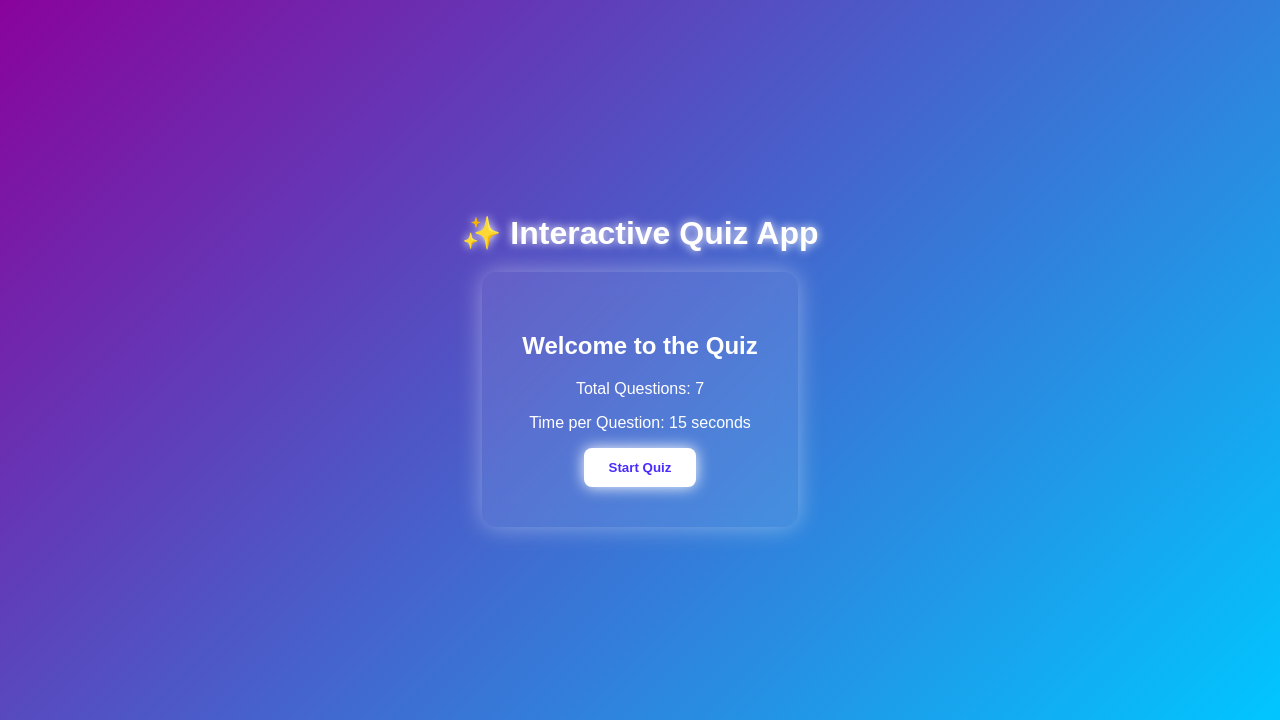
Repository: fatimaqueen9967-eng/SyntacexhubQuizApp
Page: index.html
The author's editor kept a copy of each file at every save. The page is drawn from the files as they stood at one save, then again after the next save.
The browser window is 1280 px wide. The pictures show the whole page.

Above is the page before, as saved 2026-03-15 20:30:42.

### index.html
<!DOCTYPE html>
<html lang="en">
<head>
<meta charset="UTF-8">
<meta name="viewport" content="width=device-width, initial-scale=1.0">
<title>Quiz App</title>
<link rel="stylesheet" href="style.css">
</head>

<body>

<h1 class="title">✨ Interactive Quiz App</h1>

<!-- START SCREEN -->

<div id="startScreen" class="start-screen">

<h2>Welcome to the Quiz</h2>

<p>Total Questions: <span id="totalQ"></span></p>
<p>Time per Question: 15 seconds</p>

<button id="startBtn">Start Quiz</button>

</div>

<!-- QUIZ BOX -->

<div class="box hidden">

<div class="progress-bar">
<div id="progress"></div>
</div>

<div class="top-bar">
<span id="counter"></span>
<span id="timer">⏱ 15s</span>
</div>

<div id="question"></div>

<div id="options" class="options"></div>

<div id="answer-info"></div>

<button id="nextBtn">Next</button>

</div>

<!-- RESULT -->

<div id="result" class="result-box hidden">

<div class="circle">
<span id="scorePercent">0%</span>
</div>

<h2>Quiz Result</h2>

<p id="correct"></p>
<p id="wrong"></p>

<button onclick="location.reload()">Restart Quiz</button>

</div>

<script src="script.js"></script>

</body>
</html>

### style.css
body{
background:linear-gradient(135deg,#89039b,#00c6ff);
font-family:Arial;
display:flex;
flex-direction:column;
align-items:center;
justify-content:center;
min-height:100vh;
margin:0;
color:white;
}

/* TITLE */

.title{
margin-bottom:20px;
text-shadow:0 0 10px white;
}

/* START SCREEN */

.start-screen{
background:rgba(255,255,255,0.1);
padding:40px;
border-radius:15px;
text-align:center;
box-shadow:0 0 25px rgba(255,255,255,0.4);
backdrop-filter:blur(10px);
animation:fadeIn 1s;
}

.start-screen button{
padding:12px 25px;
border:none;
border-radius:8px;
background:#fff;
color:#4b2cff;
font-weight:bold;
cursor:pointer;
box-shadow:0 0 15px white;
transition:.3s;
}

.start-screen button:hover{
transform:scale(1.1);
}

/* QUIZ BOX */

.box{
background:white;
color:#333;
width:420px;
max-width:90%;
padding:25px;
border-radius:12px;
box-shadow:0 0 25px rgba(0,0,0,0.3);
animation:fadeIn .5s;
}

.hidden{
display:none;
}

/* PROGRESS BAR */

.progress-bar{
width:100%;
height:8px;
background:#ddd;
border-radius:10px;
overflow:hidden;
margin-bottom:15px;
}

#progress{
height:100%;
width:0%;
background:linear-gradient(90deg,#4b2cff,#00c6ff);
transition:width .4s;
}

/* TOP BAR */

.top-bar{
display:flex;
justify-content:space-between;
margin-bottom:10px;
font-weight:bold;
}

/* QUESTION */

#question{
font-size:18px;
margin-bottom:15px;
}

/* OPTIONS */

.options button{
display:block;
width:100%;
padding:10px;
margin:8px 0;
border:none;
border-radius:8px;
background:#4b2cff;
color:white;
cursor:pointer;
transition:.3s;
}

.options button:hover{
transform:scale(1.05);
background:#2f1acc;
}

/* ANSWERS */

.correct{
background:#27ae60 !important;
}

.wrong{
background:#e74c3c !important;
}

/* CORRECT ANSWER TEXT */

#answer-info{
margin-top:10px;
font-weight:bold;
color:red;
}

/* NEXT BUTTON */

#nextBtn{
margin-top:15px;
padding:10px 20px;
background:#4b2cff;
color:white;
border:none;
border-radius:6px;
cursor:pointer;
}

/* RESULT */

.result-box{
text-align:center;
background:white;
color:#333;
padding:30px;
border-radius:12px;
width:350px;
max-width:90%;
box-shadow:0 0 25px rgba(0,0,0,0.3);
}

.circle{
width:150px;
height:150px;
border-radius:50%;
border:12px solid #4b2cff;
display:flex;
align-items:center;
justify-content:center;
font-size:28px;
font-weight:bold;
margin:20px auto;
animation:pop .6s;
}

/* ANIMATIONS */

@keyframes pop{
from{transform:scale(.5);opacity:0}
to{transform:scale(1)}
}

@keyframes fadeIn{
from{opacity:0;transform:translateY(20px)}
to{opacity:1}
}

/* RESPONSIVE */

@media(max-width:600px){

.box{
padding:20px;
}

#question{
font-size:16px;
}

.options button{
font-size:14px;
}

.circle{
width:120px;
height:120px;
font-size:22px;
}

}

### script.js
// Quiz Data
const quizData=[
{
question:"What is the capital of France?",
options:["Berlin","Madrid","Paris","Rome"],
answer:"Paris"
},
{
question:"Full form of HTML?",
options:["Hyper Text Markup Language","High Text Markup Language","Hyper Text Market Language","None"],
answer:"Hyper Text Markup Language"
},
{
question:"Founder of Microsoft?",
options:["Steve Jobs","Bill Gates","Mark Zuckerberg","Elon Musk"],
answer:"Bill Gates"
},
{
question:"Why do we use CSS?",
options:["To structure the content","To style the content","To add interactivity"],
answer:"To style the content"
},
{
question:"DOM stands for?",
options:["Document Object Model","Data Object Model","Document Oriented Model","Data Oriented Model"],
answer:"Document Object Model"
},
{
question:"What does CreateElement do in JavaScript?",
options:["Creates a new HTML element","Deletes an HTML element","Updates an HTML element"],
answer:"Creates a new HTML element"
},
{
question:"What is Bootstrap?",
options:["A CSS framework","A JavaScript library","A Python framework"],
answer:"A CSS framework"
}
]

// DOM Elements
let currentQuestion=0
let score=0
let wrong=0
let timer
let timeLeft=15

const startBtn=document.getElementById("startBtn")
const startScreen=document.getElementById("startScreen")
const totalQ=document.getElementById("totalQ")
const counter=document.getElementById("counter")

const questionEl=document.getElementById("question")
const optionsEl=document.getElementById("options")
const nextBtn=document.getElementById("nextBtn")
const timerEl=document.getElementById("timer")
const progress=document.getElementById("progress")
const answerInfo=document.getElementById("answer-info")

// Show total questions on start screen
totalQ.innerText=quizData.length

// Start Quiz
startBtn.onclick=()=>{
    startScreen.classList.add("hidden")
    document.querySelector(".box").classList.remove("hidden")
    loadQuestion()
}

// Load Question
function loadQuestion(){
    clearInterval(timer)
    timeLeft=15
    startTimer()

    let q=quizData[currentQuestion]
    questionEl.innerText=q.question
    optionsEl.innerHTML=""
    answerInfo.innerHTML=""

    // Progress bar
    progress.style.width=(currentQuestion/quizData.length)*100+"%"

    // Question counter
    counter.innerText=(currentQuestion+1)+" / "+quizData.length

    // Options buttons
    q.options.forEach(option=>{
        let btn=document.createElement("button")
        btn.innerText=option
        btn.onclick=()=>selectAnswer(btn,option,q.answer)
        optionsEl.appendChild(btn)
    })
}

// Timer Function
function startTimer(){
    timerEl.innerText="⏱ "+timeLeft+"s"
    timer=setInterval(()=>{
        timeLeft--
        timerEl.innerText="⏱ "+timeLeft+"s"
        if(timeLeft<=0){
            clearInterval(timer)
            showCorrectAnswer()
        }
    },1000)
}

// Select Answer
function selectAnswer(button,option,correct){
    clearInterval(timer)
    let buttons=document.querySelectorAll(".options button")
    buttons.forEach(btn=>btn.disabled=true)

    if(option===correct){
        button.classList.add("correct")
        score++
    }else{
        button.classList.add("wrong")
        wrong++
        showCorrectAnswer()
    }
}

// Show Correct Answer
function showCorrectAnswer(){
    let q=quizData[currentQuestion]
    let buttons=document.querySelectorAll(".options button")
    buttons.forEach(btn=>{
        if(btn.innerText===q.answer){
            btn.classList.add("correct")
        }
    })
    answerInfo.innerText="Correct Answer: "+q.answer
}

// Next Button
nextBtn.onclick=()=>{
    currentQuestion++
    if(currentQuestion<quizData.length){
        loadQuestion()
    }else{
        showResult()
    }
}

// Show Result
function showResult(){
    document.querySelector(".box").style.display="none"
    let result=document.getElementById("result")
    result.classList.remove("hidden")

    let percent=Math.round((score/quizData.length)*100)
    document.getElementById("scorePercent").innerText=percent+"%"
    document.getElementById("correct").innerText="Correct Answers: "+score
    document.getElementById("wrong").innerText="Wrong Answers: "+wrong
}

After the next save:
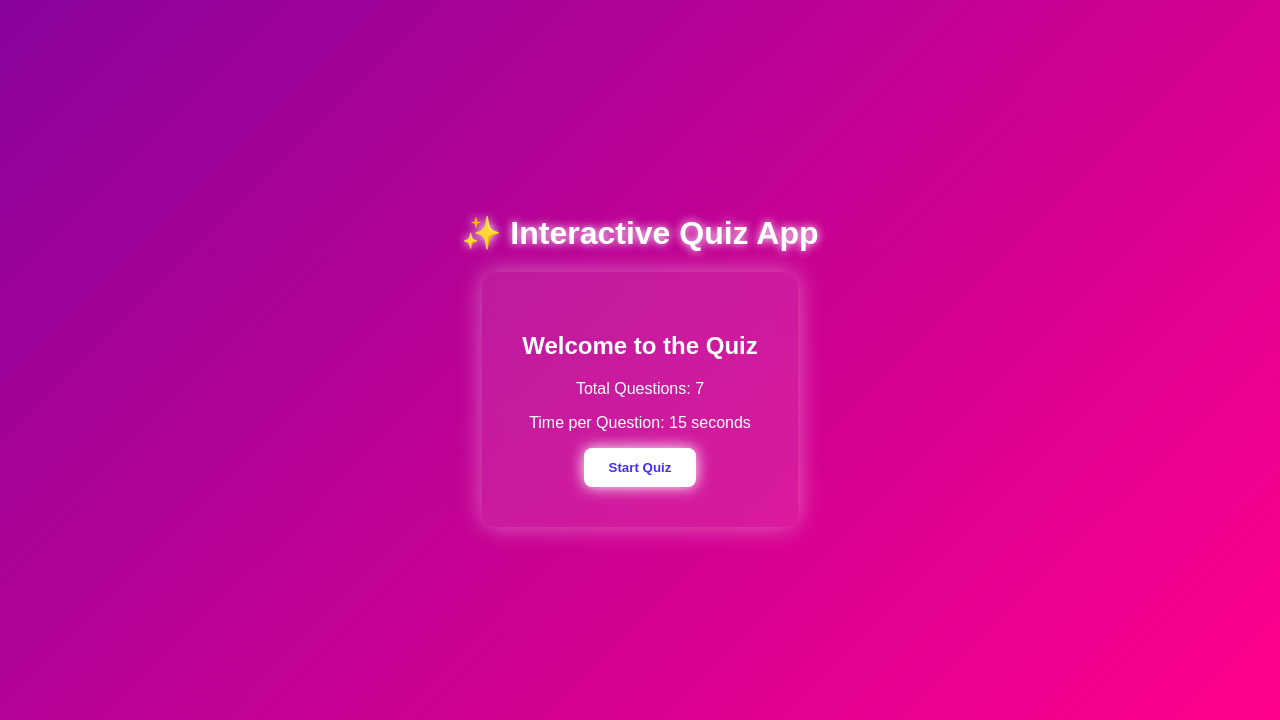
Saved 12 s later.
--- a/style.css
+++ b/style.css
@@ -1,5 +1,5 @@
 body{
-background:linear-gradient(135deg,#89039b,#00c6ff);
+background:linear-gradient(135deg,#89039b,#ff008c);
 font-family:Arial;
 display:flex;
 flex-direction:column;
